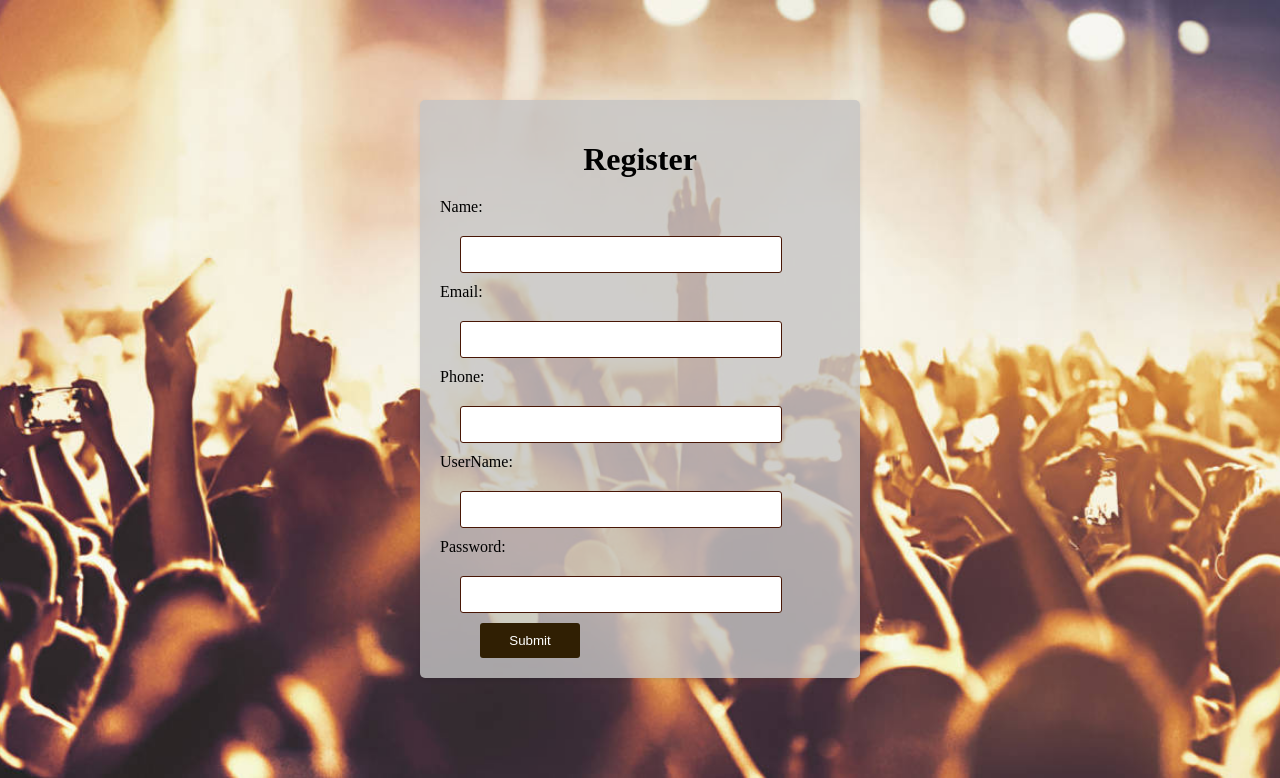
Repository: Dulankayapa/2ndyearoopprojrct
Page: http://localhost/feedback/Registration.jsp
These files come from the project's save history. The page is drawn as it stood at one moment and after the next save; the edit follows.
The browser window is 1280 px wide. The pictures show the whole page.
The page is served by Tomcat 9. Other server files are loaded and not shown.

Above is the page before, as saved 2023-10-22 18:41:40.

### feedback/src/main/webapp/Registration.jsp
<%@ page language="java" contentType="text/html; charset=UTF-8"
    pageEncoding="UTF-8"%>
<!DOCTYPE html>
<html>
<head>
<meta charset="UTF-8">
<title>Insert title here</title>
<style>body {
    background-image: url("Case-Event-economics.jpg");
    background-size: cover;
    background-position: center;
    background-repeat: no-repeat;
  }

  form {
    max-width: 400px;
    margin: 100px auto;
    padding: 20px;
    border-radius: 5px;
    background-color: #c6c5c5cc;
    box-shadow: 0 2px 4px rgba(0, 0, 0, 0.1);
  }

  h1 {
    text-align: center;
    margin-bottom: 20px;
  }

  input[type="text"],
  input[type="password"] {
    margin: 20px;
    width: 300px;
    padding: 10px;
    border: 1px solid hsl(15, 87%, 15%);
    border-radius: 3px;
    margin-bottom: 10px;
  }

  input[type="submit"] {
    width: 100px;
    padding: 10px;
    background-color: #301f03;
    color: #fff;
    border: none;
    border-radius: 3px;
    cursor: pointer;
    margin-left:40px;
  }

  input[type="submit"]:hover {
    background-color: #449d44;
  }

  label {
    display: block;
    margin-bottom: 5px;
    font-weight: bold;
  }
  </style>
</head>
<body>
	<form action = "insert" method = "post">
		<h1>Register</h1>
		Name:<input type = "text" name = "Name" required><br>
		Email:<input type = "text" name = "Email" required><br>
		Phone:<input type = "text" name = "Phone" required><br>
		UserName:<input type = "text" name = "UserName" required><br>
		Password:<input type = "password" name = "Password" required><br>

		<input type = "submit" value = "Submit">
	</form>
</body>
</html>

After the next save:
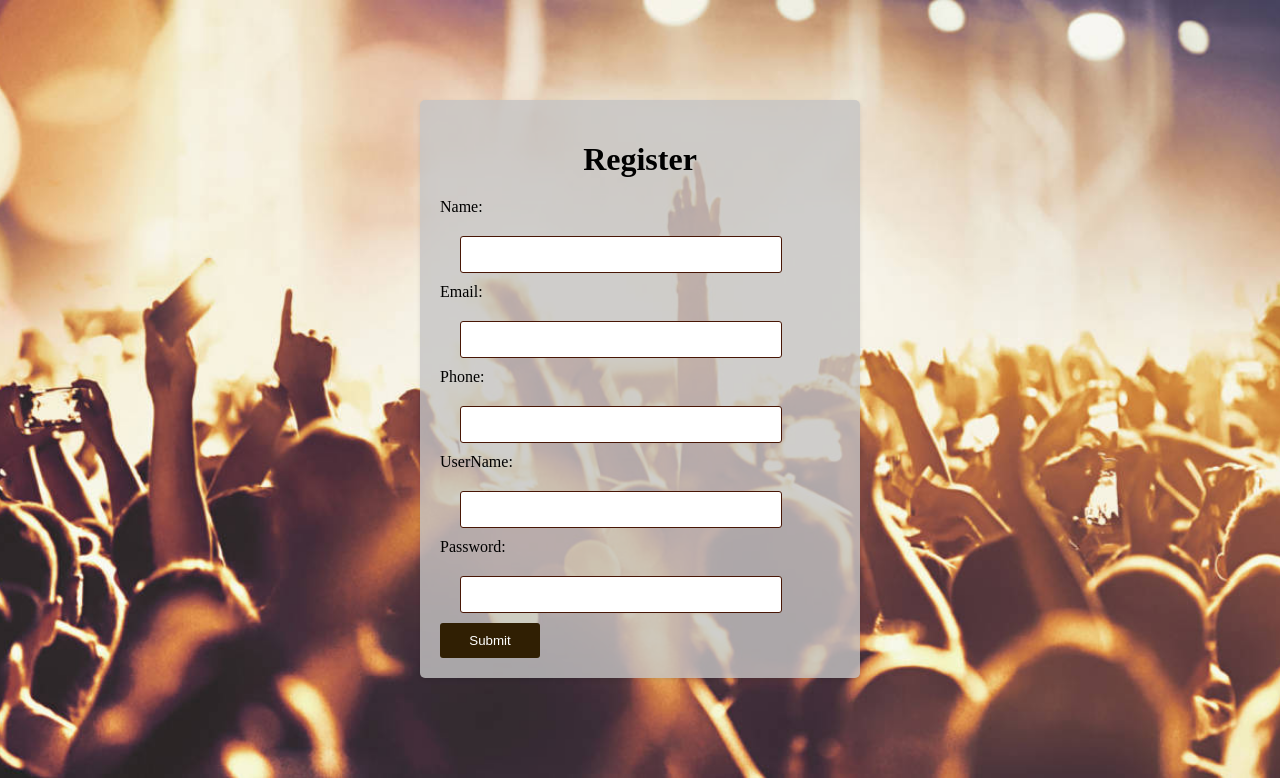
Saved 94 s later.
--- a/feedback/src/main/webapp/Registration.jsp
+++ b/feedback/src/main/webapp/Registration.jsp
@@ -44,7 +44,7 @@
     border: none;
     border-radius: 3px;
     cursor: pointer;
-    margin-left:40px;
+    justify-content:center;
   }
 
   input[type="submit"]:hover {
